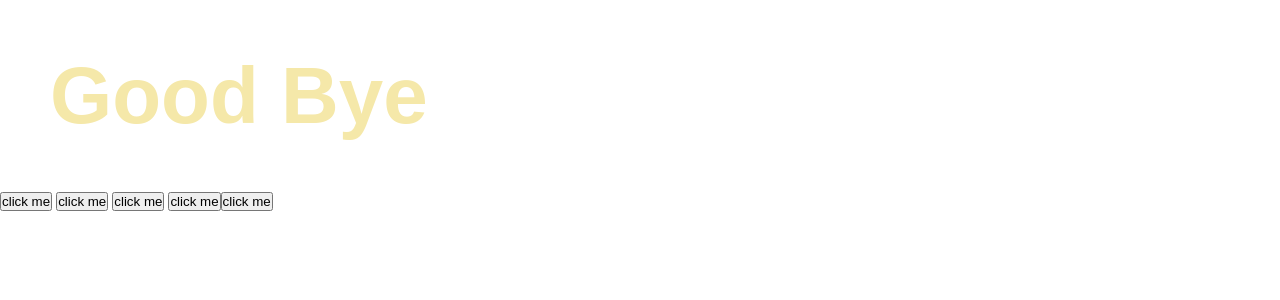
Repository: doncsar/yu-frontend-bootcamp
Page: 18-jQuery/index.html
These files come from the project's save history. The page is drawn as it stood at one moment and after a run of saves; the edit follows.
The browser window is 1280 px wide. The pictures show the whole page.

Above is the page before, as saved 2024-01-28 14:52:36.

### 18-jQuery/index.html
<!DOCTYPE html>
<html lang="en">
   <head>
      <meta charset="UTF-8" />
      <meta name="viewport" content="width=device-width, initial-scale=1.0" />
      <link rel="stylesheet" href="style.css" />
      <script src="script.js" defer></script>
      <link
         rel="apple-touch-icon"
         sizes="180x180"
         href="apple-touch-icon.png"
      />
      <link
         rel="icon"
         type="image/png"
         sizes="32x32"
         href="favicon-32x32.png"
      />
      <link
         rel="icon"
         type="image/png"
         sizes="16x16"
         href="favicon-16x16.png"
      />
      <title>jQuery</title>
   </head>
   <body>
      <h1>Hello jQuery World!</h1>
      <div>
         <button>click me</button>
         <button>click me</button>
         <button>click me</button>
         <button>click me</button
         ><button>click me</button>
      </div>
      <script src="https://ajax.googleapis.com/ajax/libs/jquery/3.7.1/jquery.min.js"></script>
   </body>
</html>

### 18-jQuery/style.css
*{
   box-sizing: border-box;
   margin: 0;
   padding: 0;
}

.big-title {
   font-size: 5rem;
   color: #f5e8a9;
   font-family: sans-serif;
}

.m-50 {
   margin: 50px;
}

### 18-jQuery/script.js
$('h1').addClass('big-title m-50')

$('h1').text('Good Bye')

After the next 2 saves:
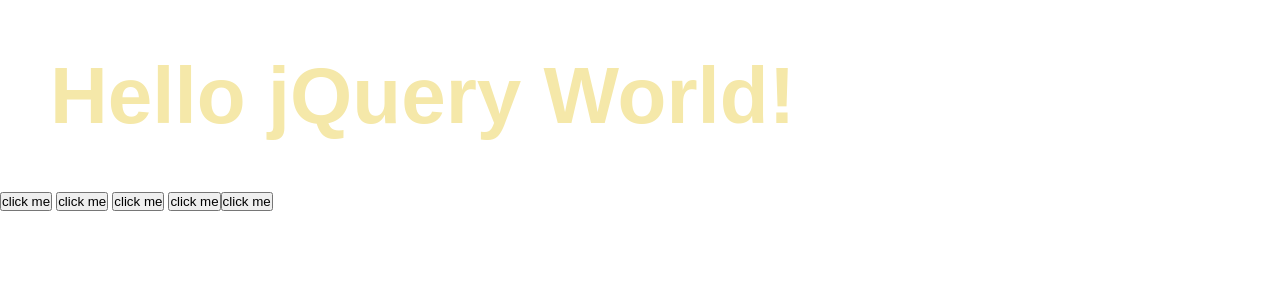
Console error: ReferenceError: document$ is not defined
The 2 saves are shown as one change because they came seconds apart.
The last was saved 7 s later.
--- a/18-jQuery/script.js
+++ b/18-jQuery/script.js
@@ -1,3 +1,3 @@
 $('h1').addClass('big-title m-50')
 
-$('h1').text('Good Bye')
+document$('h1').text('Good Bye')
